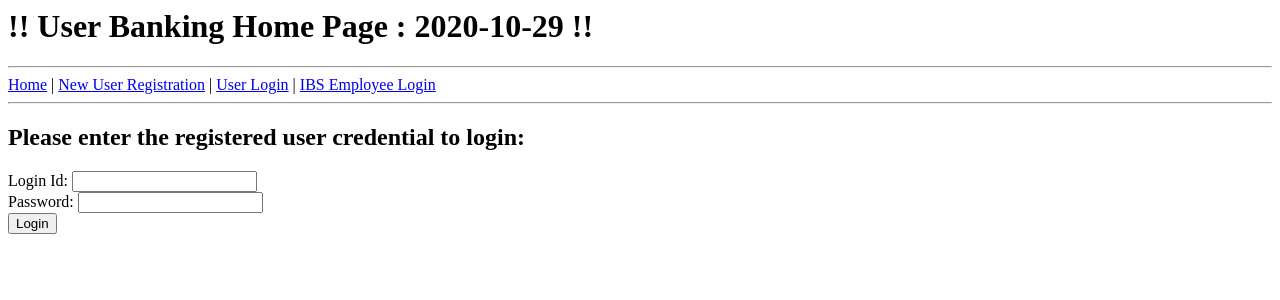
Repository: anik84/ibs
Page: http://localhost/IBS/user_home.jsp
These files come from the project's save history. The page is drawn as it stood at one moment and after the next save; the edit follows.
The browser window is 1280 px wide. The pictures show the whole page.
The page is served by Tomcat 9. Other server files are loaded and not shown.

Above is the page before, as saved 2020-10-29 07:04:32.

### IBS_JSPs/IBS/WebContent/user_home.jsp
<%@page import="java.time.LocalDate"%>
<html>
	<head>
		<title>user home page</title>
	</head>
	<body>
		<h1>!! User Banking Home Page : <%=LocalDate.now() %> !!</h1>
		<jsp:include page="user_home_menu.jsp"/>

		<h2>Please enter the registered user credential to login:</h2>
		<form action="newuser" method="POST" >
			<div>
				<label>Login Id: </label>
				<input type="text" name="firstName" required />
			</div>
			<div>
				<label>Password:</label>
				<input type="text" name="userPassword" required />
			</div>
			<div>
				<button>Login</button>
			</div>
		</form>
	</body>
</html>

### IBS_JSPs/IBS/WebContent/user_home_menu.jsp
<nav>
	<hr />
	 <a href="user_home.jsp">Home</a>
	 <span> | </span>
	 <a href="new_user_registration_form.jsp">New User Registration</a>
	 <span> | </span>
	 <a href="user_login.jsp">User Login</a>
	 <span> | </span>
	 <a href="ibs_employee_login.jsp">IBS Employee Login</a>
	<hr />
</nav>

After the next save:
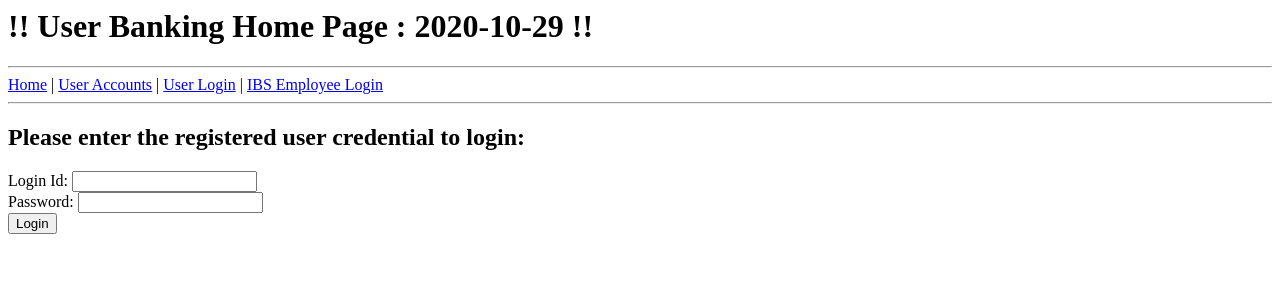
Saved 4 s later.
--- a/IBS_JSPs/IBS/WebContent/user_home_menu.jsp
+++ b/IBS_JSPs/IBS/WebContent/user_home_menu.jsp
@@ -2,7 +2,7 @@
 	<hr />
 	 <a href="user_home.jsp">Home</a>
 	 <span> | </span>
-	 <a href="new_user_registration_form.jsp">New User Registration</a>
+	 <a href="user_accounts.jsp">User Accounts</a>
 	 <span> | </span>
 	 <a href="user_login.jsp">User Login</a>
 	 <span> | </span>
